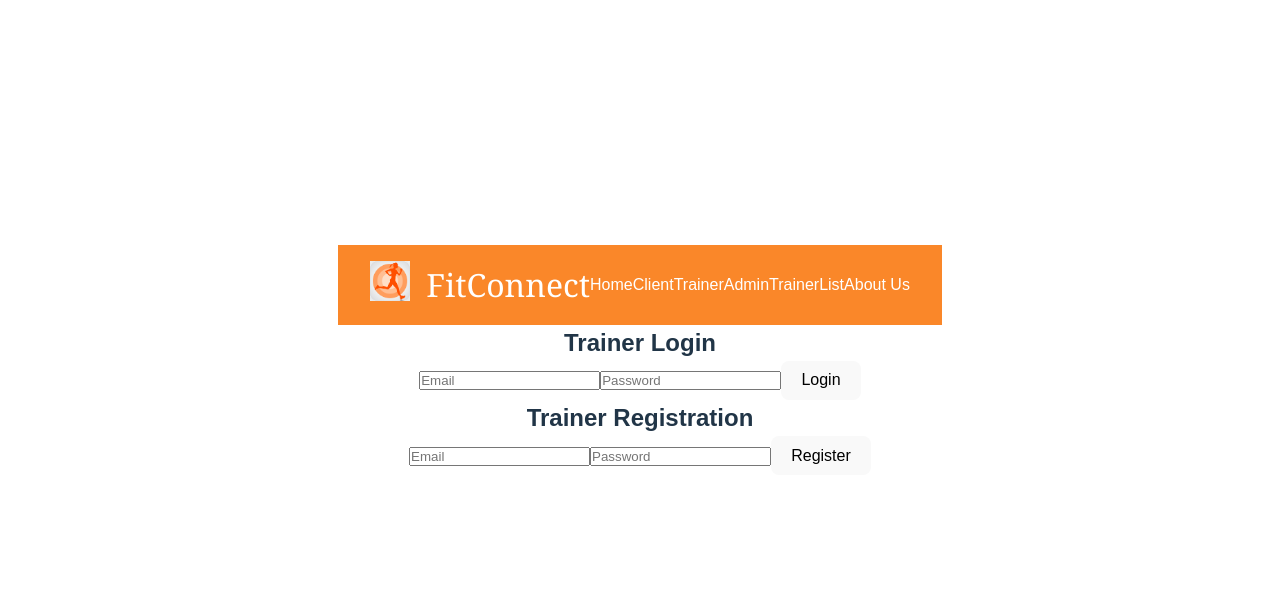
Repository: sarathraj2002/fitconnect
Page: /trainer (app in Frontend/)
The author's editor kept a copy of each file at every save. The page is drawn from the files as they stood at one save, then again after a run of saves.
The browser window is 1280 px wide. The pictures show the whole page.
The project was rebuilt for these pictures with package versions that can differ from the ones it lists, and the page was loaded fresh each time. Also part of the build but not shown: Frontend/vite.config.js, Frontend/src/components/ClientPage.jsx, Frontend/src/components/AdminPage.jsx, Frontend/src/components/TrainerListPage.jsx, Frontend/src/components/AboutUs.jsx, Frontend/src/components/Footer.jsx, Frontend/src/components/Home.jsx, Frontend/src/components/ClientRegister.css and 2 more.

Above is the page before, as saved 2024-11-12 00:14:53.

After the next 2 saves:
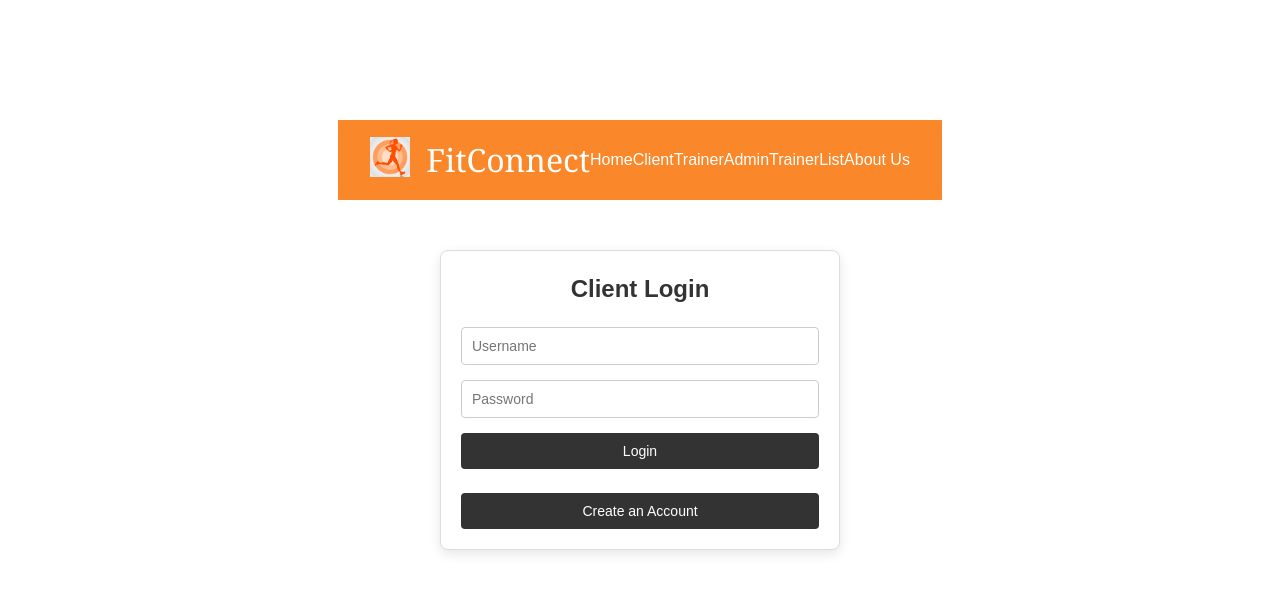
The 2 saves are shown as one change because they came seconds apart.
The last was saved 5 min 18 s later.
--- a/Frontend/src/components/TrainerPage.jsx
+++ b/Frontend/src/components/TrainerPage.jsx
@@ -1,67 +1,74 @@
 import React, { useState } from 'react';
 import axios from 'axios';
+import './ClientPage.css'; // Optional: Add CSS styling for the component
+import { useNavigate } from 'react-router-dom';
 
-const TrainerPage = () => {
-  const [email, setEmail] = useState('');
-  const [password, setPassword] = useState('');
+
+const AdminLogin = () => {
+  const [credentials, setCredentials] = useState({
+    username: '',
+    password: ''
+  });
+  const [error, setError] = useState('');
+  const [success, setSuccess] = useState('');
+  const navigate=useNavigate();
+  const handleInputChange = (e) => {
+    const { name, value } = e.target;
+    setCredentials((prevState) => ({
+      ...prevState,
+      [name]: value
+    }));
+  };
 
   const handleLogin = async (e) => {
     e.preventDefault();
     try {
-      const response = await axios.post('/api/trainer/login', { email, password });
-      alert('Logged in successfully!');
+      const response = await axios.post('http://localhost:5000/api/login//login', credentials);
+      setSuccess('Login successful!');
+      setError('');
+      // Optionally, redirect or save admin details
+      console.log('Admin ID:', response.data.adminId);
+      navigate('/');
     } catch (err) {
-      alert('Error logging in');
+      setError(err.response?.data?.message || 'Error during login');
+      setSuccess('');
     }
   };
+  const register=()=>{
+    navigate('/register');
 
-  const handleRegister = async (e) => {
-    e.preventDefault();
-    try {
-      const response = await axios.post('/api/trainer/register', { email, password });
-      alert('Registered successfully!');
-    } catch (err) {
-      alert('Error registering');
-    }
-  };
+
+  }
 
   return (
-    <div>
-      <h2>Trainer Login</h2>
+    <div className="admin-login-container">
+      <h2>Client Login</h2>
       <form onSubmit={handleLogin}>
         <input
-          type="email"
-          placeholder="Email"
-          value={email}
-          onChange={(e) => setEmail(e.target.value)}
+          type="text"
+          name="username"
+          placeholder="Username"
+          value={credentials.username}
+          onChange={handleInputChange}
+          required
         />
         <input
           type="password"
+          name="password"
           placeholder="Password"
-          value={password}
-          onChange={(e) => setPassword(e.target.value)}
+          value={credentials.password}
+          onChange={handleInputChange}
+          required
         />
         <button type="submit">Login</button>
-      </form>
+        {error && <p style={{ color: 'red' }}>{error}</p>}
+        {success && <p style={{ color: 'green' }}>{success}</p>}
+        <br/>
+        <button onClick={register}>Create an Account</button>
 
-      <h2>Trainer Registration</h2>
-      <form onSubmit={handleRegister}>
-        <input
-          type="email"
-          placeholder="Email"
-          value={email}
-          onChange={(e) => setEmail(e.target.value)}
-        />
-        <input
-          type="password"
-          placeholder="Password"
-          value={password}
-          onChange={(e) => setPassword(e.target.value)}
-        />
-        <button type="submit">Register</button>
       </form>
     </div>
   );
 };
 
-export default TrainerPage;
+export default AdminLogin;
